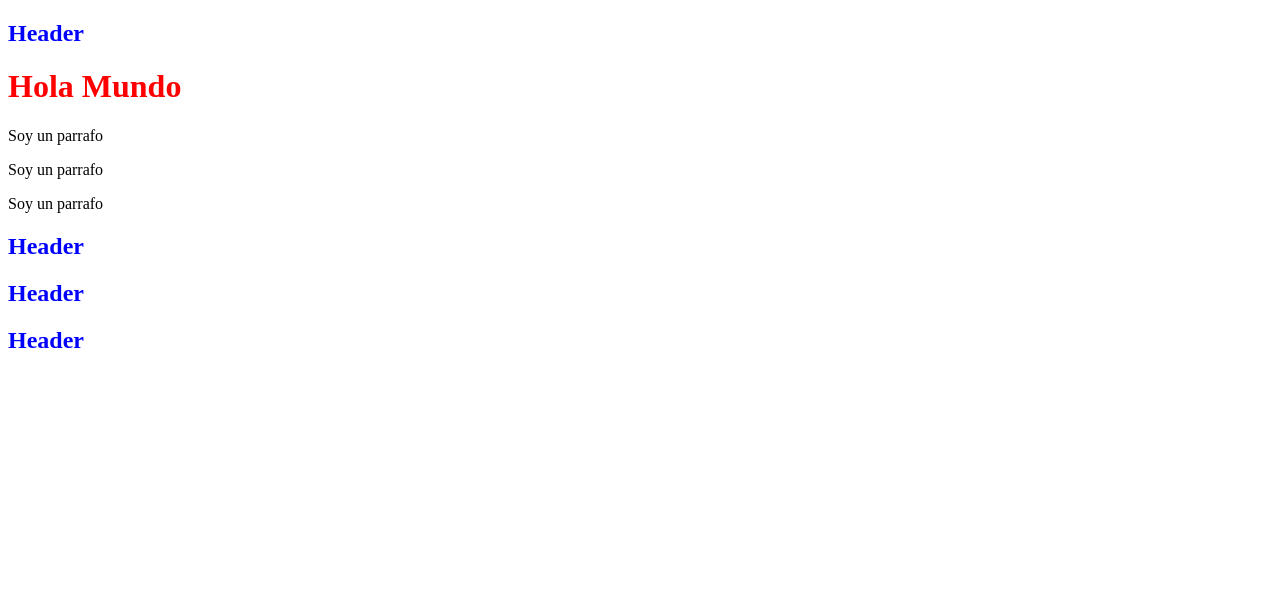
Repository: Klauditha/desafio_modulo_react
Page: / (app in 01_Introduccion/ClasePrincipal/)
An editor plug-in stored every save of this project. The page is shown before and after the next save, followed by the edit.
The browser window is 1280 px wide. The pictures show the whole page.
The project was rebuilt for these pictures with package versions that can differ from the ones it lists, and the page was loaded fresh each time. Also part of the build but not shown: 01_Introduccion/ClasePrincipal/vite.config.js, 01_Introduccion/ClasePrincipal/src/index.css.

Above is the page before, as saved 2023-09-07 23:34:15.

### 01_Introduccion/ClasePrincipal/src/App.jsx
import "./App.css";
import Header from "./component/Header";

const App = () => {
  return (
    //Uso de Fragment <>
    <>
      <Header />
      <h1>Hola Mundo</h1>
      <p>Soy un parrafo</p>
      <p>Soy un parrafo</p>
      <p>Soy un parrafo</p>
      <Header />
      <Header />
      <Header />
    </>
  );
};

export default App;

### 01_Introduccion/ClasePrincipal/src/App.css
h1{
  color:red;
}

h2{
  color:blue
}

### 01_Introduccion/ClasePrincipal/src/component/Header.jsx
const Header = () => {
  return (
    <>
      <h2>Header</h2>
    </>
  );
};

export default Header;

### 01_Introduccion/ClasePrincipal/src/components/Header.jsx
import Enlaces from "./Enlaces";

const Header = () => {
  return (
    <>
      <h2>Header</h2>
      <Enlaces/>
    </>
  );
};

export default Header;

### 01_Introduccion/ClasePrincipal/src/components/Enlaces.jsx
export const Enlaces = () => {
  return (
    <div>
      <ul>
        <li>Inicio</li>
        <li>Ayuda</li>
      </ul>
    </div>
  );
};

export default Enlaces;

Loaded but not shown: 01_Introduccion/ClasePrincipal/index.html (common file); 01_Introduccion/ClasePrincipal/src/main.jsx (common file)

After the next save:
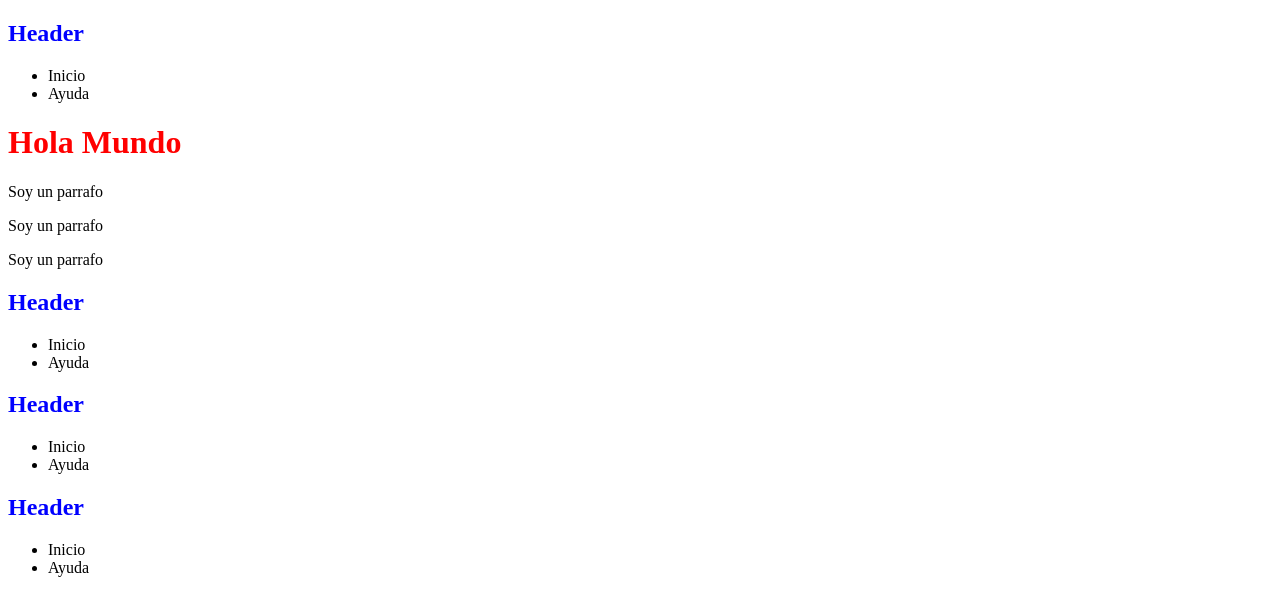
Saved 2 min 31 s later.
--- a/01_Introduccion/ClasePrincipal/src/App.jsx
+++ b/01_Introduccion/ClasePrincipal/src/App.jsx
@@ -1,5 +1,5 @@
 import "./App.css";
-import Header from "./component/Header";
+import Header from "./components/Header";
 
 const App = () => {
   return (
